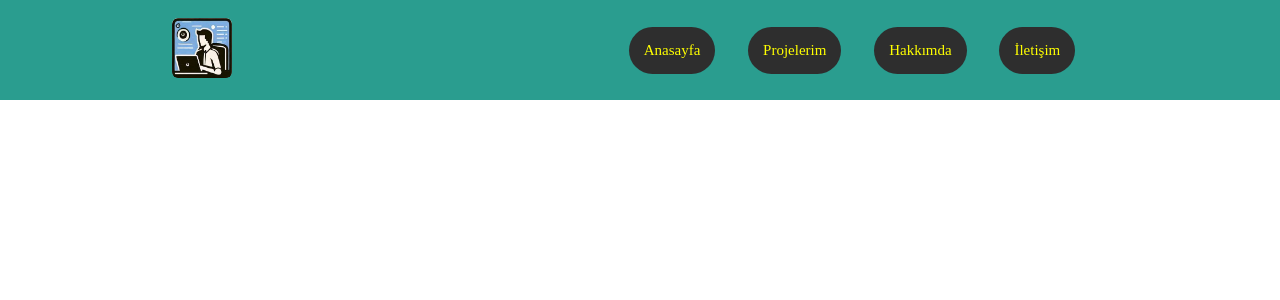
Repository: 0hasandemirtas/react-odev
Page: /
These files come from the project's save history. The page is drawn as it stood at one moment and after the next save; the edit follows.
The browser window is 1280 px wide. The pictures show the whole page.
The project was rebuilt for these pictures with package versions that can differ from the ones it lists, and the page was loaded fresh each time.

Above is the page before, as saved 2024-06-16 17:38:07.

After the next save:
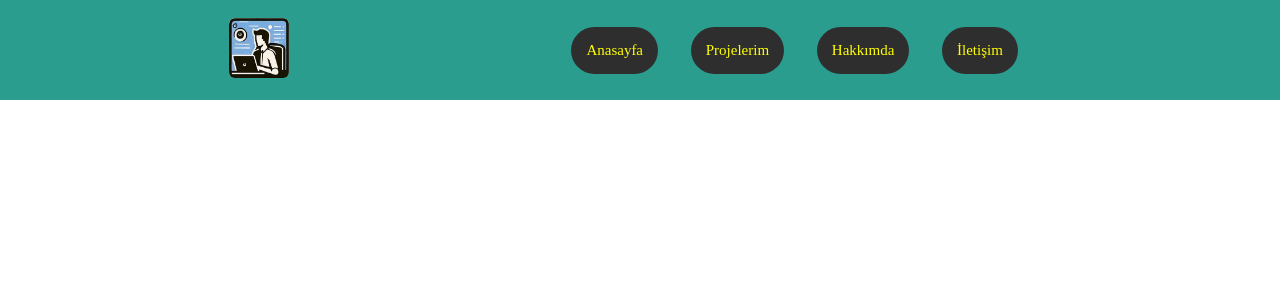
Saved 88 s later.
--- a/src/components/header/stylesheet.js
+++ b/src/components/header/stylesheet.js
@@ -10,7 +10,7 @@
         backgroundColor:"#2A9D8F",
         color:"red",
         alignItems:"center",
-        justifyContent:"space-around"
+        justifyContent:"space-evenly"
     },
     contentContainer:{
         display:"flex",

After the save that followed:
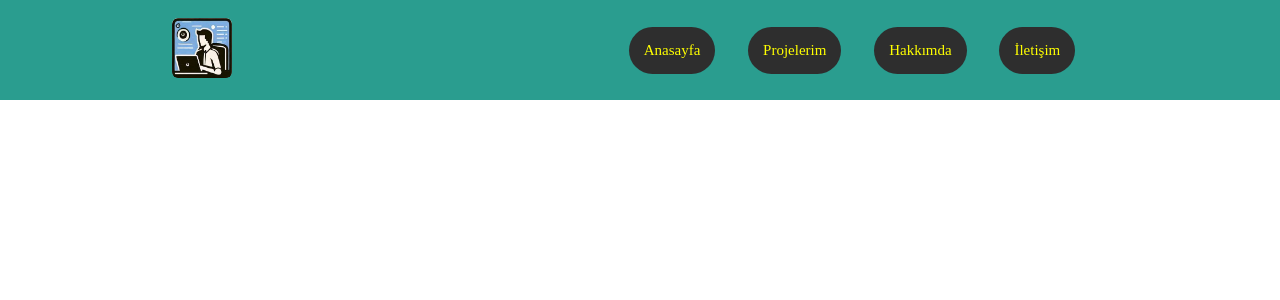
Saved 4 s later.
--- a/src/components/header/stylesheet.js
+++ b/src/components/header/stylesheet.js
@@ -10,7 +10,7 @@
         backgroundColor:"#2A9D8F",
         color:"red",
         alignItems:"center",
-        justifyContent:"space-evenly"
+        justifyContent:"space-around"
     },
     contentContainer:{
         display:"flex",
